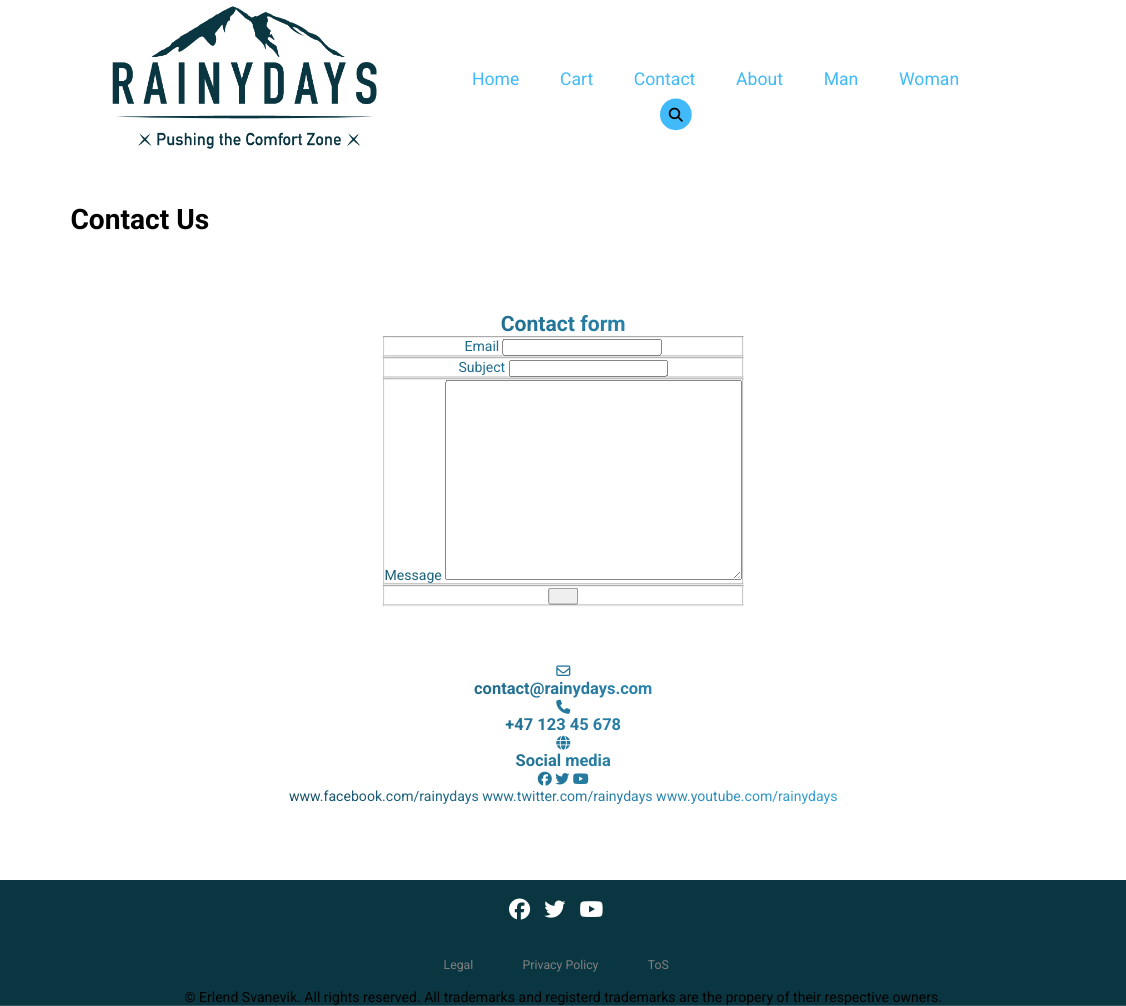
Repository: EpleWasTaken/RainyDays
Page: contact.html
The author's editor kept a copy of each file at every save. The page is drawn from the files as they stood at one save, then again after the next save.
The browser window is 1280 px wide. The pictures show the whole page, at 88% of full size.
Some web libraries are served in a nearby version.

Above is the page before, as saved 2020-10-31 17:12:26.

### contact.html
<!DOCTYPE html>
<html lang="en">

<head>
  <title>Front Page</title>
  <meta charset="UTF-8">
  <meta name="viewport" content="width=device-width, initial-scale=1.0" />
  <link rel="stylesheet" href="https://fonts.googleapis.com/css2?family=Roboto:wght@400;700&display=swap" />
  <link rel="stylesheet" href="/css/styles.css" />
  <link rel="stylesheet" href="/css/footer.css" />
  <link rel="stylesheet" href="/css/contact.css" />
  <script src="https://kit.fontawesome.com/cafca22d75.js" crossorigin="anonymous"></script>
</head>

<body>
  <header>
    <div class="logo-container">
      <a href="index.html">
      <img src="./images/RainyDays_Logo.png" class="logo" alt="logo">
    </div>

    <nav>
      <ul class="nav-links">
        <li><a class="nav-link" href="index.html">Home</a></li>
        <li><a class="nav-link" href="cart.html">Cart</a></li>
        <li><a class="nav-link" href="contact.html">Contact</a></li>
        <li><a class="nav-link" href="about.html">About</a></li>
        <li><a class="nav-link" href="man.html">Man</a></li>
        <li><a class="nav-link" href="woman.html">Woman</a></li>
      </ul>
    </nav>
    <div class="search-box">
      <input class="search-txt" type="text" name="" placeholder="Type to search..." <a class="search-btn" href="#0">
      <i class="fas fa-search"></i>
      </a>
    </div>
  </header>
  <main>
    <h1>Contact Us</h1>
    <section class="contact-container">
      <section class="contact-form">
        <h2>Contact form</h2>
        <form action="submit.php" method="GET">
          <fieldset class="email">
            <label for="email">Email</label>
            <input type="email" name="email" placeholder="example@outlook.com">
          </fieldset>
          <fieldset class="subject">
            <label for="subject">Subject</label>
            <input type="subject" name="subject" placeholder="Subject">
          </fieldset>
          <fieldset class="message">
            <label for="message">Message</label>
            <textarea name="message" id="message" cols="40" rows="15"></textarea>
          </fieldset>
          <fieldset class="submit">
            <button class="btn-submit">Send</button>
          </fieldset>
        </form>
    </section>
    <section class="other-contacts">
      <div class="email">
        <i class="far fa-envelope"></i>
        <h3>contact@rainydays.com</h3>
      </div>
      <div class="phone">
        <i class="fas fa-phone"></i>
        <h3>+47 123 45 678</h3>
      </div>
      <div class="social-media">
        <i class="fas fa-globe"></i>
        <h3>Social media</h3>
        <div class="social-media-icons">
          <a href="#0"><i class="fab fa-facebook"></i></a>
          <a href="#0"><i class="fab fa-twitter"></i></a>
          <a href="#0"><i class="fab fa-youtube"></i></a>
        </div>
      </div>
      <div class="social-media-links">
        <a href="#0">www.facebook.com/rainydays</a>
        <a href="#0">www.twitter.com/rainydays</a>
        <a href="#0">www.youtube.com/rainydays</a>
      </div>
    </section>
  </main>
  <footer class="footer">
    <div class="footer-container">
      <ul class="footer-social">
        <li>
          <a href="#0" class="facebook"><i class="fab fa-facebook"></i></a>
        </li>
        <li>
          <a href="#0" class="twitter"><i class="fab fa-twitter"></i></a>
        </li>
        <li>
          <a href="#0" class="youtube"><i class="fab fa-youtube"></i></a>
        </li>
      </ul>
    </div>
    <div class="footer-container">
      <div class="footer-legal">
        <a href="#0">Legal</a>
        <a href="#0">Privacy Policy</a>
        <a href="#0">ToS</a>
      </div>
      <div class="footer-copyright">
        &copy; Erlend Svanevik. All rights reserved. All trademarks and registerd trademarks are the propery of
        their respective owners.
      </div>
  </footer>
</body>

</html>

### css/styles.css
* {
	margin: 0;
	padding: 0;
	box-sizing: border-box;
}

body {
	font-family: "Roboto", sans-serif;
}

button {
	font-family: "Roboto", sans-serif;
}

header {
	display: flex;
	width: 80%;
	height: 25vh;
	margin: auto;
	align-items: center;
}

.logo-container,
.nav-links,
.search {
	display: flex;
}

.logo-container {
	flex: 1;
}

.logo {
	width: 300px;
}

nav {
	display: flex;
	flex: 4;
	justify-content: center;
	align-items: center;
	margin: auto;
}

.nav-links {
	justify-content: space-between;
	list-style: none;
	height: 30px;
	align-items: center;
	width: 600px;
}

.nav-link {
	display: flex;
	color: #40baf9;
	font-size: 20px;
	text-decoration: none;
}

.search {
	flex: 1;
	justify-content: flex-end;
}

.presentation {
	display: flex;
	width: 80%;
	margin: auto;
	min-height: 80vh;
	align-items: center;
}

.introduction {
	flex: 1;
}

.slogan-text {
	font-size: 30px;
	font-weight: 500;
	background: linear-gradient(to right, #0a3641, #40baf9);
	-webkit-background-clip: text;
	-webkit-text-fill-color: transparent;
}

.slogan-text p {
	margin: 5px;
	font-size: 22px;
	color: grey;
}

.cta {
	padding: 50px 50px 0px 0px;
}

.cta-col {
	border: 2px solid #0a3641;
	background: transparent;
	color: #0a3641;
	width: 150px;
	height: 50px;
	cursor: pointer;
	font-size: 20px;
}

.cta-view {
	background: #0a3641;
	width: 150px;
	height: 50px;
	cursor: pointer;
	font-size: 20px;
	border: none;
	color: white;
	margin: 30px 0px 0px 30px;
}

.cover {
	flex: 1;
}

.cover img {
	height: 60vh;
}

/* SEARCHBAR */

.search-box {
	position: absolute;
	top: 18%;
	left: 60%;
	transform: translate(-50%, -50%);
	background: #40baf9;
	height: 36px;
	border-radius: 40px;
	padding: 10px;
	display: flex;
	justify-content: center;
	align-items: center;
}

.search-txt {
	border: none;
	background: none;
	outline: none;
	float: left;
	padding: 0;
	color: black;
	font-size: 16px;
	transition: 0.4s;
	line-height: 40px;
	width: 0px;
}

.search-box:hover > .search-txt {
	width: 240px;
	padding: 0 6px;
}

::placeholder {
	color: black;
}

.search-btn {
	color: #0a3641;
	float: right;
	width: 40px;
	height: 40px;
	border-radius: 50%;
}

.search-btn i {
	cursor: pointer;
}

@media screen and (max-width: 1024px) {
	.presentation {
		flex-direction: column;
	}

	.introduction {
		margin-top: 5vh;
		text-align: center;
	}

	.slogan-text h1 {
		font-size: 30px;
	}

	.slogan-text p {
		font-size: 18px;
	}

	.cta {
		padding: 10px 0px 20px 0px;
	}

	.logo {
		width: 270px;
	}

	.search-box {
		top: 18%;
		left: 70%;
		transform: none;
		width: 240px;
	}

	.nav-links {
		width: 400px;
	}

	nav {
		display: none;
	}

	.search-box {
		display: none;
	}
}

### css/footer.css
/* FOOTER */

footer {
	display: flex;
	flex-direction: column;
	justify-content: center;
	align-items: center;
	background-color: #0a3641;
	position: relative;
	bottom: 0;
	left: 0;
	right: 0;
}

.footer-social {
	display: flex;
	align-items: center;
	justify-content: center;
	list-style: none;
	padding: 20px;
	font-size: 1.5rem;
}

.footer-social li {
	margin-right: 1rem;
}

.footer-social a {
	text-decoration: none;
	color: white;
}

.footer-social li a.facebook:hover {
	color: #3b5998;
}

.footer-social li a.twitter:hover {
	color: #00acee;
}

.footer-social li a.youtube:hover {
	color: #c4302b;
}

.footer-legal {
	display: flex;
	justify-content: center;
	align-items: center;
	font-size: 2rem;
}

.footer-legal a {
	color: grey;
	text-decoration: none;
	margin-right: 1rem;
	font-size: 14px;
	padding: 20px;
}

.footer-legal a:hover {
	color: white;
}

.footer-copyright p {
	display: flex;
	text-decoration: none;
	margin-right: 1rem;
	font-size: 14px;
	padding: 20px;
}

/* MEDIA QUERIES */

@media screen and (max-with: 1024px) {
	footer .footer_container {
		flex-direction: row;
	}

	footer .footer_container.flex {
		display: unset;
	}

	.footer-container {
	}
}

### css/contact.css
* {
	margin: 0;
	padding: 0;
	box-sizing: inherit;
}

html {
	font-family: "Roboto", sans-serif;
	box-sizing: border-box;
}

main {
	padding-top: 50px;
	margin-left: 5rem;
	padding-right: 5rem;
}

.contact-container {
	display: grid;
	grid-template-columns: 1fr;
	gap: 4rem 2rem;
	margin: 5%;
	background: linear-gradient(to right, #0a3641, #40baf9);
	-webkit-background-clip: text;
	-webkit-text-fill-color: transparent;
}

section.contact-container {
	display: flex;
	flex-direction: column;
	justify-content: space-between;
	text-align: center;
	height: 100%;
	padding: 30px;
}

section.contact-container .email,
section.contact-container .subject {
	font-size: 1rem;
}

section.contact-form {
	display: flex;
	flex-direction: column;
	align-items: center;
}

section .subject {
}

fieldset.message label {
}

fieldset {
	width: 100%;
}

@media screen and (max-width: 1024px) {
	.contact-container {
		grid-template-columns: 2fr 3fr;
	}
}

After the next save:
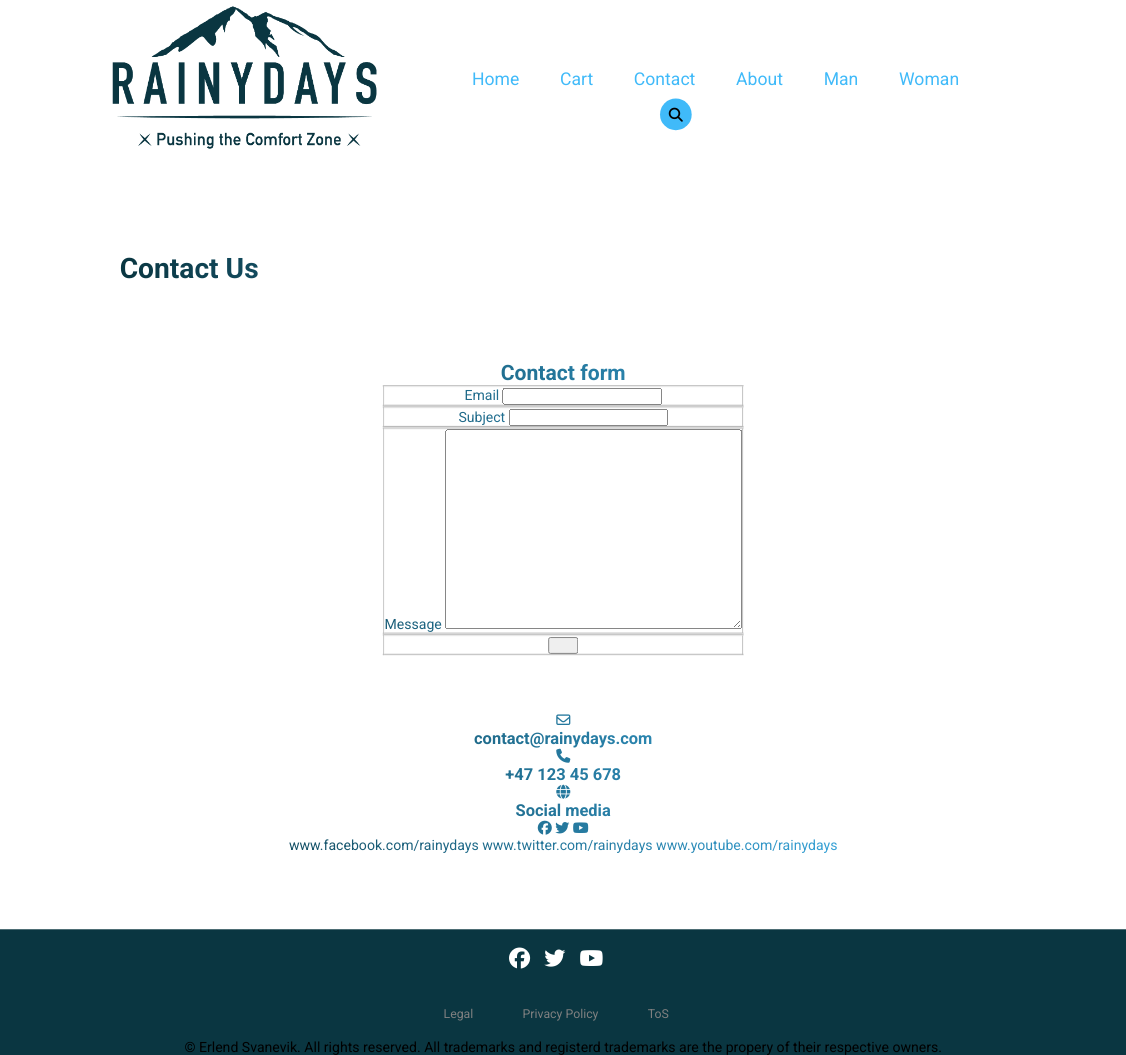
Saved 11 s later.
--- a/css/contact.css
+++ b/css/contact.css
@@ -15,7 +15,8 @@
 	padding-right: 5rem;
 }
 
-.contact-container {
+.contact-container,
+h1 {
 	display: grid;
 	grid-template-columns: 1fr;
 	gap: 4rem 2rem;

After the save that followed:
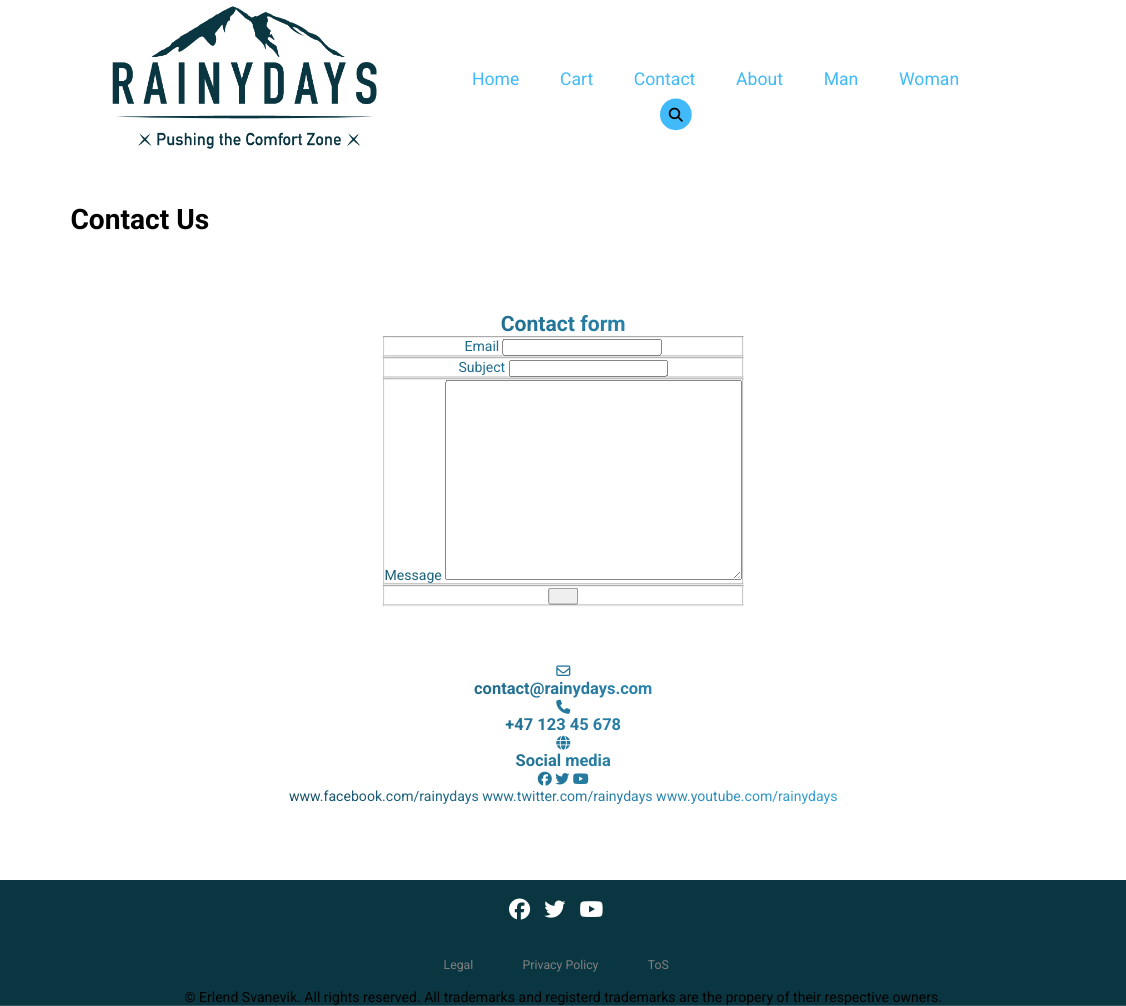
Saved 33 s later.
--- a/css/contact.css
+++ b/css/contact.css
@@ -15,8 +15,12 @@
 	padding-right: 5rem;
 }
 
-.contact-container,
 h1 {
+	align-items: center;
+	justify-content: center;
+}
+
+.contact-container {
 	display: grid;
 	grid-template-columns: 1fr;
 	gap: 4rem 2rem;
